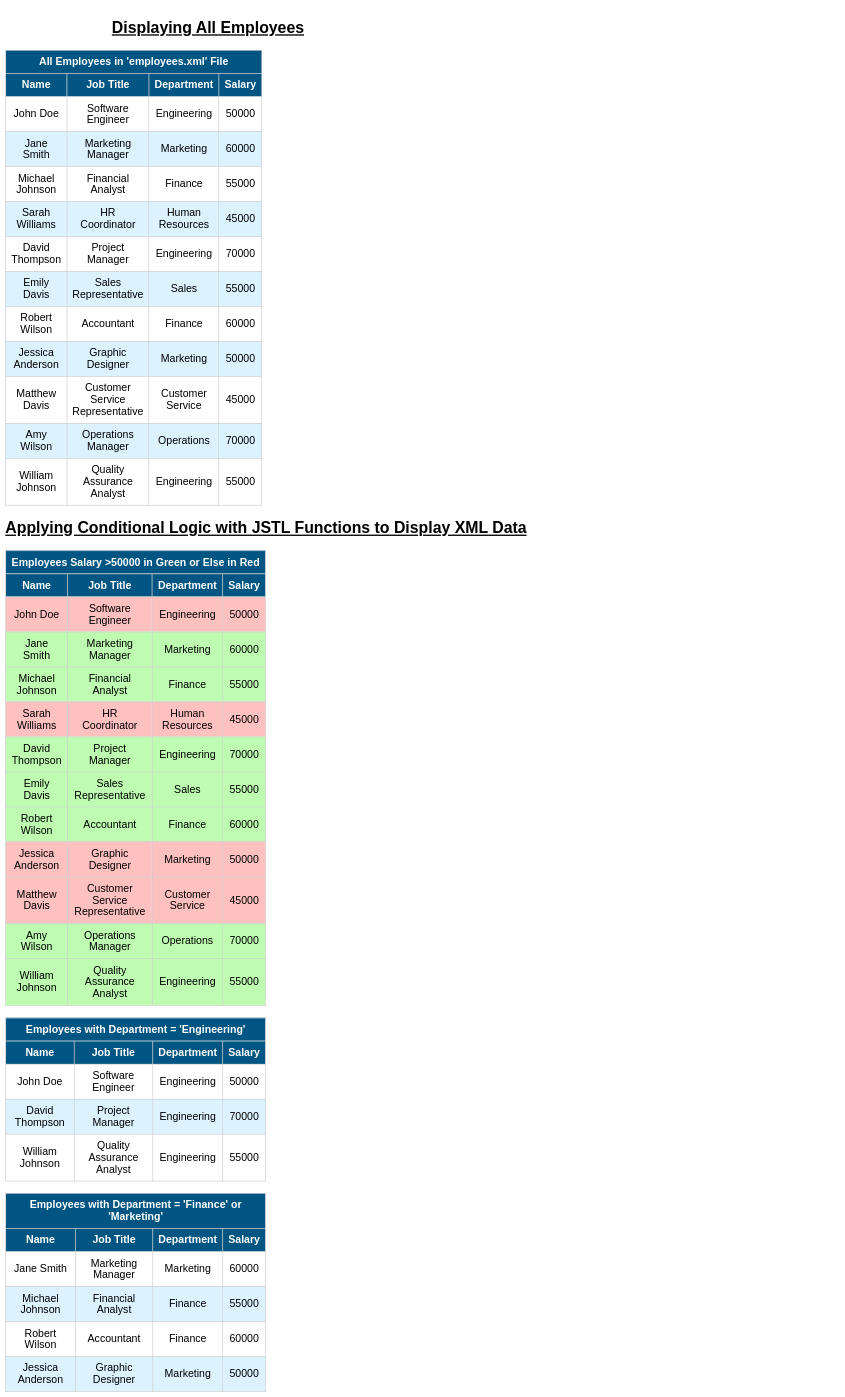
Repository: bkyncl/csd-430
Page: http://localhost/kyncl_mod9/
These files come from the project's save history. The page is drawn as it stood at one moment and after the next save; the edit follows.
The browser window is 1280 px wide. The pictures show the whole page, at 66% of full size.
The page is served by Tomcat 9.

Above is the page before, as saved 2023-07-05 06:51:25.

### kyncl_mod9/src/main/webapp/index.jsp
<%--
index.jsp
Module 9 assignment
Name: Brittany Kyncl
Date: 7.5.22
Course: CSD430
File to example the usage the usage of JSTL and XPath to parse XML data,
iterate over XML elements, apply conditional logic, and display the data in with customized styling.
Context purpose is to parse the XML file 'employees.xml' containing
employees data, and display it in tabular format. The file incorporates JSTL tags and functions
to manipulate the XML data and apply conditional logic for displaying the data based on various criteria.

--%>
<%@ page language="java" contentType="text/html; charset=ISO-8859-1" pageEncoding="ISO-8859-1"%>
<%@taglib uri="http://java.sun.com/jsp/jstl/core" prefix="c"%>
<%@taglib uri="http://java.sun.com/jsp/jstl/xml" prefix="x"%>
<html>
<head>
	<title>Parsing employees.xml</title>
	<link rel="stylesheet" type="text/css" href="styles.css">
</head>
<body>
	<c:import url="employees.xml" var="employeeData"/>
	<x:parse doc="${employeeData}" var="dom"/>
<div class="container">
	<div class="left">
		<h2>Displaying All Employees</h2>
		<table border="1">
			<tr>
				<th colspan="4">All Employees in 'employees.xml' File</th>
			</tr>
			<tr>
				 <th>Name</th>
				 <th>Job Title</th>
				 <th>Department</th>
				 <th>Salary</th>
			</tr>
			<x:forEach var="employee" select="$dom/employees/employee">
			<%-- Displaying the details of each employee --%>
			<tr>
			  	<td><x:out select="$employee/name"/></td>
				<td><x:out select="$employee/jobTitle"/></td>
				<td><x:out select="$employee/department"/></td>
				<td><x:out select="$employee/salary"/></td>

			</x:forEach>
		</table>
	</div>
	<div class="right">
		<h2>Applying Conditional Logic with JSTL Functions to Display XML Data</h2>
		<table border="1">
		    <tr>
		        <th colspan="4">Employees Salary >50000 in Green or Else in Red</th>
		    </tr>
		    <tr>
		        <th>Name</th>
		        <th>Job Title</th>
		        <th>Department</th>
		        <th>Salary</th>
		    </tr>
		    <x:forEach var="employee" select="$dom/employees/employee">
		        <x:choose>
		        	<%-- Applying styling to employees with salary > 50000 --%>
		            <x:when select="$employee/salary>50000">
		                <tr style="background-color: #BDFCB1;">
		                    <td><x:out select="$employee/name"/></td>
		                    <td><x:out select="$employee/jobTitle"/></td>
		                    <td><x:out select="$employee/department"/></td>
		                    <td><x:out select="$employee/salary"/></td>
		                </tr>
		            </x:when>
		            <%-- Applying styling to employees with salary <= 50000 --%>
		            <x:when select="$employee/salary<=50000">
		                <tr style="background-color: #FFC0C0;">
		                    <td><x:out select="$employee/name"/></td>
		                    <td><x:out select="$employee/jobTitle"/></td>
		                    <td><x:out select="$employee/department"/></td>
		                    <td><x:out select="$employee/salary"/></td>
		                </tr>
		            </x:when>
		            <%-- Displaying employees without any styling for otherwise clause (just in case conditions not met) --%>
		            <x:otherwise>
		                <tr>
		                    <td><x:out select="$employee/name"/></td>
		                    <td><x:out select="$employee/jobTitle"/></td>
		                    <td><x:out select="$employee/department"/></td>
		                    <td><x:out select="$employee/salary"/></td>
		                </tr>
		            </x:otherwise>
		        </x:choose>
		    </x:forEach>
		</table>
	    <br>
	    <table border="1">
		    <tr>
		        <th colspan="4">Employees with Department = 'Engineering'</th>
		    </tr>
		    <tr>
		        <th>Name</th>
		        <th>Job Title</th>
		        <th>Department</th>
		        <th>Salary</th>
		    </tr>
		    <x:forEach var="employee" select="$dom/employees/employee">
		        <x:choose>
		        	<%-- Filtering and displaying employees with the department value 'Engineering' --%>
		            <x:when select="$employee/department='Engineering'">
		                <tr>
		                    <td><x:out select="$employee/name"/></td>
		                    <td><x:out select="$employee/jobTitle"/></td>
		                    <td><x:out select="$employee/department"/></td>
		                    <td><x:out select="$employee/salary"/></td>
		                </tr>
		            </x:when>
		        </x:choose>
		    </x:forEach>
		</table>
		<br>
		<table border="1">
		    <tr>
		        <th colspan="4">Employees with Department = 'Finance' or 'Marketing'</th>
		    </tr>
		    <tr>
		        <th>Name</th>
		        <th>Job Title</th>
		        <th>Department</th>
		        <th>Salary</th>
		    </tr>
		    <x:forEach var="employee" select="$dom/employees/employee">
		        <x:choose>
		        	<%-- Filtering and displaying employees with the department values 'Finance' or 'Marketing' --%>
		            <x:when select="$employee/department='Finance' or $employee/department='Marketing'">
		                <tr>
		                    <td><x:out select="$employee/name"/></td>
		                    <td><x:out select="$employee/jobTitle"/></td>
		                    <td><x:out select="$employee/department"/></td>
		                    <td><x:out select="$employee/salary"/></td>
		                </tr>
		            </x:when>
		        </x:choose>
		    </x:forEach>
		</table>
	</div>
</div>

</body>
</html>

### kyncl_mod9/src/main/webapp/employees.xml
<?xml version="1.0" encoding="UTF-8"?>
<employees>
  <employee>
    <name>John Doe</name>
    <jobTitle>Software Engineer</jobTitle>
    <department>Engineering</department>
    <salary>50000</salary>
  </employee>
  <employee>
    <name>Jane Smith</name>
    <jobTitle>Marketing Manager</jobTitle>
    <department>Marketing</department>
    <salary>60000</salary>
  </employee>
  <employee>
    <name>Michael Johnson</name>
    <jobTitle>Financial Analyst</jobTitle>
    <department>Finance</department>
    <salary>55000</salary>
  </employee>
  <employee>
    <name>Sarah Williams</name>
    <jobTitle>HR Coordinator</jobTitle>
    <department>Human Resources</department>
    <salary>45000</salary>
  </employee>
  <employee>
    <name>David Thompson</name>
    <jobTitle>Project Manager</jobTitle>
    <department>Engineering</department>
    <salary>70000</salary>
  </employee>
  <employee>
    <name>Emily Davis</name>
    <jobTitle>Sales Representative</jobTitle>
    <department>Sales</department>
    <salary>55000</salary>
  </employee>
  <employee>
    <name>Robert Wilson</name>
    <jobTitle>Accountant</jobTitle>
    <department>Finance</department>
    <salary>60000</salary>
  </employee>
  <employee>
    <name>Jessica Anderson</name>
    <jobTitle>Graphic Designer</jobTitle>
    <department>Marketing</department>
    <salary>50000</salary>
  </employee>
  <employee>
    <name>Matthew Davis</name>
    <jobTitle>Customer Service Representative</jobTitle>
    <department>Customer Service</department>
    <salary>45000</salary>
  </employee>
  <employee>
    <name>Amy Wilson</name>
    <jobTitle>Operations Manager</jobTitle>
    <department>Operations</department>
    <salary>70000</salary>
  </employee>
  <employee>
    <name>William Johnson</name>
    <jobTitle>Quality Assurance Analyst</jobTitle>
    <department>Engineering</department>
    <salary>55000</salary>
  </employee>
</employees>

### kyncl_mod9/src/main/webapp/styles.css
/* Table styles */
body {
  font-family: Arial, sans-serif;
}
.container {
	display: flex;
	flex-wrap: wrap;
}
.left-div {
  flex: 1 1 50%;
}

.right-div {
  flex: 1 1 50%;
}
h2 {
	text-decoration: underline;
	text-align: center;
}
table {
  width: 50%;
  border-collapse: collapse;
}
table tr:nth-child(even) {
  background-color: #dcf3ff; /* Replace with your desired color */
}

table th, table td {
  padding: 8px;
  text-align: center;
  border: 1px solid #ccc;
}

table th {
  background-color: #005582;
  color: #fff;
}

After the next save:
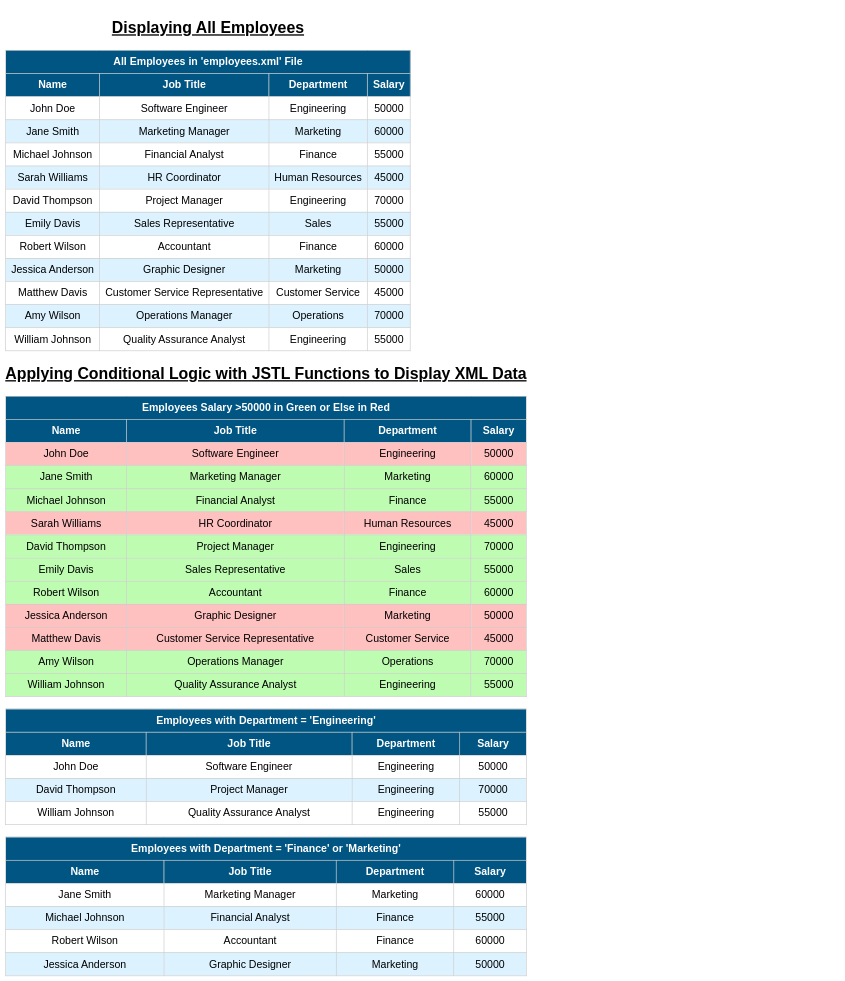
Saved 16 s later.
--- a/kyncl_mod9/src/main/webapp/styles.css
+++ b/kyncl_mod9/src/main/webapp/styles.css
@@ -18,7 +18,7 @@ h2 {
 	text-align: center;
 }
 table {
-  width: 50%;
+  width: 100%;
   border-collapse: collapse;
 }
 table tr:nth-child(even) {
